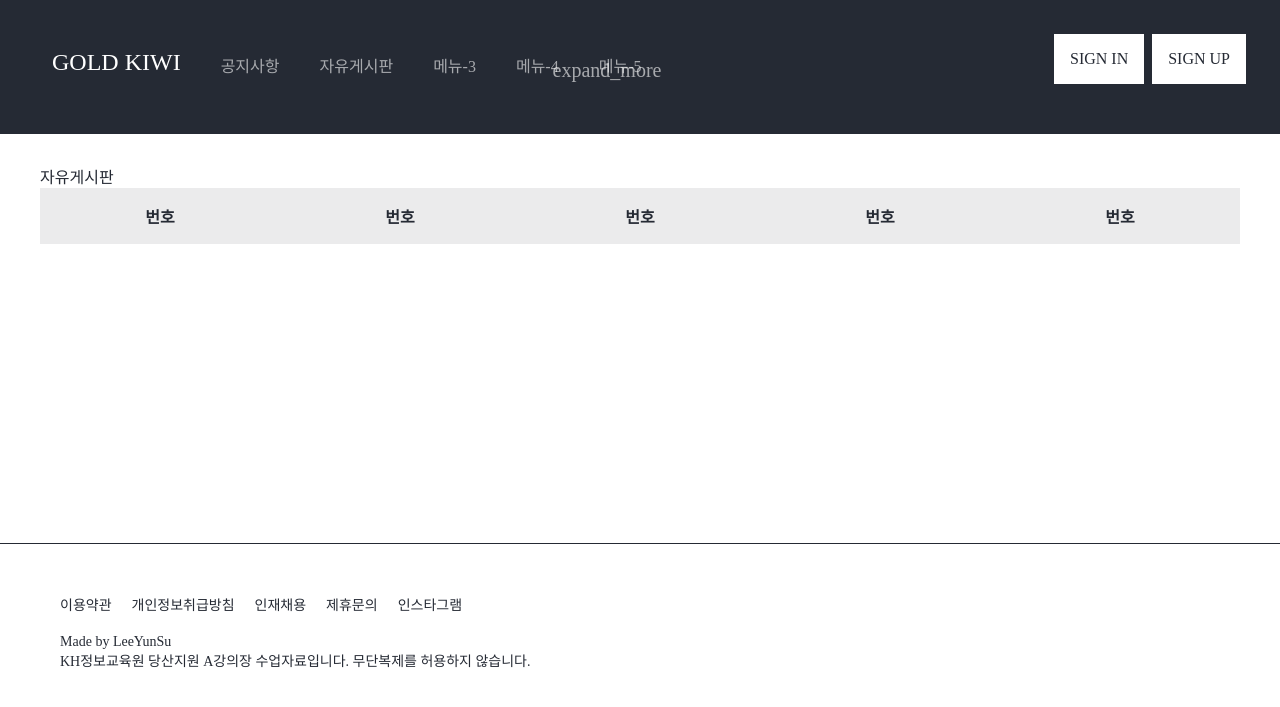
Repository: RiboKim/web-workspace
Page: http://localhost/07_mvc2WebProject/WEB-INF/views/board/boardList.jsp
These files come from the project's save history. The page is drawn as it stood at one moment and after the next save; the edit follows.
The browser window is 1280 px wide. The pictures show the whole page.
Some web fonts or font styles are not loaded; a fallback is used. The page is served by Tomcat 9. Nobody is signed in. Other server files are loaded and not shown. The template is opened directly, without the code that normally fills it, so the values that code supplies are empty.

Above is the page before, as saved 2023-02-20 09:09:38.

### 07_mvc2WebProject/src/main/webapp/WEB-INF/views/board/boardList.jsp
<%@ page language="java" contentType="text/html; charset=UTF-8"
    pageEncoding="UTF-8"%>
<!DOCTYPE html>
<html>
<head>
<meta charset="UTF-8">
<title>Insert title here</title>
</head>
<body>
	<%@include file="/WEB-INF/views/common/header.jsp" %>
	<div class="page-content">
		<div class="content-title">자유게시판</div>
		<%if(m != null && m.getMemberLevel() != 3) {%>
		<a class="btn bc4 writeBtn" href="/boardWriteFrm.do">글쓰기</a>
		<%} %>

		<table class="tbl tbl-hover board-tbl">
			<tr class="tr-2">
				<th style="width10%">번호</th>
				<th style="width45%">번호</th>
				<th style="width15%">번호</th>
				<th style="width20%">번호</th>
				<th style="width10%">번호</th>
			</tr>
		</table>
	</div>
	<%@include file="/WEB-INF/views/common/footer.jsp" %>
</body>
</html>

### 07_mvc2WebProject/src/main/webapp/WEB-INF/views/common/header.jsp
<%@page import="kr.or.iei.member.model.vo.Member"%>
<%@ page language="java" contentType="text/html; charset=UTF-8"
    pageEncoding="UTF-8"%>
    <%
    	Member m = (Member)session.getAttribute("m");
    %>

	<!-- 구글 아이콘 -->
    <link href="https://fonts.googleapis.com/icon?family=Material+Icons" rel="stylesheet">
    <!-- jquery -->
    <script src="/js/jquery-3.6.0.js"></script>
    <!-- 기본 CSS -->
    <link rel="stylesheet" href="/css/default.css" />
    <!-- 기본 js -->
    <script src="/js/default.js"></script>

    <header>
      <div class="site-logo">
        <a href="/">GOLD KIWI</a>
      </div>
      <nav>
        <ul class="navi">
          <li><a href="/noticeList.do?requestPage=1">공지사항</a></li>
          <li><a href="/boardList.do">자유게시판</a></li>
          <li><a href="#">메뉴-3</a></li>
          <li><a href="#">메뉴-4</a></li>
          <li>
			<a href="#">메뉴-5</a>
            <ul class="sub-navi">
              <li><a href="#">sub-1</a></li>
              <li><a href="#">sub-2</a></li>
              <li><a href="#">sub-3</a></li>
            </ul>
           </li>
        </ul>
      </nav>
      <div class="header-link">
      <%if(m == null){ %>
        <button class="btn bc11 modal-open-btn" target="#login-modal">SIGN IN</button>
        <a class="btn bc11" href="/signupFrm.do">SIGN UP</a>
      <%}else{ %>
      <%--<a class="btn bc11" href="/mypage1.do"><%=m.getMemberName() %></a> --%>
      <%--memberId를 mypage2.do로 넘겨주는거 --%>
      <a class="btn bc11" href="/mypage2.do?memberId=<%=m.getMemberId() %>"><%=m.getMemberName() %></a>

      <a class="btn bc11" href="/logout.do">LOGOUT</a>
      <%} %>
      </div>
    </header>
    <%if(m == null) {%>
    <div id="login-modal" class="modal-bg">
      <div class="modal-wrap">
        <div class="modal-head">
          <h2>SIGN IN</h2>
          <span class="material-icons close-icon modal-close">close</span>
        </div>
        <form action="/signin.do" method="post">
        <div class="modal-content">
          <div class="input-box">
          	<label for="signId">아이디</label>
          	<input type="text" name="signId" id="signId" class="input-form" placeholder="아이디입력">
          </div>
          <div class="input-box">
          	<label for="signPw">비밀번호</label>
          	<input type="password" name="signPw" id="signPw" class="input-form" placeholder="비밀번호입력">
          </div>
          <div class="input-box link-box">
          	<a href="#">아이디/비밀번호 찾기</a>
          </div>
        </div>
        <div class="modal-foot">
          <button type="submit" class="btn bc11">로그인</button>
          <button type="button" class="btn bc1 modal-close">취소</button>
        </div>
        </form>
      </div>
    </div>
    <%}%>

### 07_mvc2WebProject/src/main/webapp/WEB-INF/views/common/footer.jsp
<%@ page language="java" contentType="text/html; charset=UTF-8"
    pageEncoding="UTF-8"%>
	<footer>
      <div class="footer-content">
        <ul>
          <li><a href="#">이용약관</a></li>
          <li><a href="#">개인정보취급방침</a></li>
          <li><a href="#">인재채용</a></li>
          <li><a href="#">제휴문의</a></li>
          <li><a href="#">인스타그램</a></li>
        </ul>
        <p>Made by LeeYunSu</p>
        <p>
          KH정보교육원 당산지원 A강의장 수업자료입니다. 무단복제를 허용하지
          않습니다.
        </p>
      </div>
    </footer>

### 07_mvc2WebProject/src/main/webapp/css/default.css
/* 사용할 font 선언 */
@font-face {
  font-family: ns-thin;
  src: url(../font/NotoSansKR-Thin.otf);
}
@font-face {
  font-family: ns-light;
  src: url(../font/NotoSansKR-Light.otf);
}
@font-face {
  font-family: ns-m;
  src: url(../font/NotoSansKR-Medium.otf);
}
@font-face {
  font-family: ns-bold;
  src: url(../font/NotoSansKR-Bold.otf);
}
@font-face {
  font-family: ns-black;
  src: url(../font/NotoSansKR-Black.otf);
}
/*
    사이트 사용 색상
    balck : #252A34
    darkgray : #393E46
    lightgray : #EEEEEE
    dark-mint : #00ADB5
    mint : #08D9D6
    point-red : #FF2E63
    point-pink : #F85F73
    point-violet : #892CDC
*/
/* 전체태그 기본 margin, padding 제거 */
/* 기본 글씨 색 및 폰트 설정 */

* {
  margin: 0;
  padding: 0;
  color: #252a34;
  font-family: ns-m;
}
body {
  display: flex;
  flex-direction: column;
  min-height: 100vh;
}
/* 기본화면 레이아웃 */
a {
  text-decoration: none;
}
header {
  background-color: #252a34;
  padding: 32px;
  display: flex;
  min-width: 1200px;
}
header > *:not(.header-link) {
  float: left;
}
header > .site-logo {
  padding: 0px 20px;
}
header > .site-logo > a {
  color: #fff;
  font-family: ns-bold;
  font-size: 24px;
  line-height: 60px;
}
header > nav {
  flex-grow: 1;
}

header > nav > .navi {
  list-style-type: none;
}
header > nav > .navi > li {
  float: left;
  position: relative;
}
header > nav > .navi > li > a {
  display: block;
  color: rgba(255, 255, 255, 0.6);
  padding: 5px 20px;
  transition-duration: 0.5s;
  line-height: 60px;
}
header > nav > .navi > li:hover > a,
header > nav > .navi > li:hover > a + span {
  color: rgba(255, 255, 255, 1);
}
header > nav > .navi > li:hover > .sub-navi {
  display : block;
}
header > nav .sub-navi {
  position: absolute;
  background-color: #fff;
  list-style-type: none;
  display: none;
  border: 1px solid rgba(0, 0, 0, 0.2);
  left: 10px;
  min-width: 10rem;
}
header > nav .sub-navi > li {
  padding: 0.25rem 1rem;
}
header > nav .sub-navi > li > a {
  display: block;
}
header > nav .sub-navi > li:hover {
  background-color: rgba(0, 0, 0, 0.05);
}
.material-icons.dropdown {
  font-size: 20px;
  color: rgba(255, 255, 255, 0.6);
  position: absolute;
  right: 0px;
  top: 27px;
  transition-duration: 0.5s;
}
.material-icons.dropdown:hover {
  cursor: pointer;
}
.page-content {
  width: 1200px;
  margin: 30px auto;
  margin-bottom: 10px;
  flex-grow: 1;
}
.page-title {
  font-family: ns-bold;
  padding: 20px 0px;
  font-size: 1.5rem;
}
footer {
  padding: 50px;
  border-top: 1px solid #252a34;
}
footer > .footer-content {
  width: 1200px;
  margin: 0 auto;
  padding: 0px 10px;
}
footer > .footer-content * {
  font-size: 14px;
}
footer > .footer-content > ul {
  list-style-type: none;
  overflow: hidden;
  margin-bottom: 20px;
}
footer > .footer-content > ul > li {
  float: left;
}
footer > .footer-content > ul > li > a {
  padding-right: 20px;
}

/* font 클래스*/
.f-thin {
  font-family: ns-thin;
}
.f-light {
  font-family: ns-light;
}
.f-medium {
  font-family: ns-m;
}
.f-bold {
  font-family: ns-bold;
}
.f-black {
  font-family: ns-black;
}

/* 글씨 색 */
.fc-1 {
  color: #252a34;
}
.fc-2 {
  color: #393e46;
}
.fc-3 {
  color: #eeeeee;
}
.fc-4 {
  color: #00adb5;
}
.fc-5 {
  color: #08d9d6;
}
.fc-6 {
  color: #ff2e63;
}
.fc-7 {
  color: #f85f73;
}
.fc-8 {
  color: #892cdc;
}

/* 배경 색*/
.bg-1 {
  background-color: #252a34;
}
.bg-2 {
  background-color: #393e46;
}
.bg-3 {
  background-color: #eeeeee;
}
.bg-4 {
  background-color: #00adb5;
}
.bg-5 {
  background-color: #08d9d6;
}
.bg-6 {
  background-color: #ff2e63;
}
.bg-7 {
  background-color: #f85f73;
}
.bg-8 {
  background-color: #892cdc;
}

/* 테이블 디자인 */
.tbl {
  width: 100%;
  border-spacing: 0px;
  border-collapse: collapse;
}
.tbl th,
.tbl td {
  padding: 1rem;
  text-align: center;
}
.tbl .tr-1 {
  background-color: rgba(255, 255, 255, 1);
}
.tbl .tr-2 {
  background-color: rgba(57, 62, 70, 0.1);
}
.tbl .tr-3 {
  background-color: rgba(0, 173, 181, 0.1);
}
.tbl .tr-4 {
  background-color: rgba(137, 44, 220, 0.1);
}
.tbl .tr-5 {
  background-color: rgba(255, 46, 999, 0.1);
}
.tbl .td-1 {
  background-color: rgba(255, 255, 255, 1);
}
.tbl .td-2 {
  background-color: rgba(57, 62, 70, 0.1);
}
.tbl .td-3 {
  background-color: rgba(0, 173, 181, 0.1);
}
.tbl .td-4 {
  background-color: rgba(137, 44, 220, 0.1);
}
.tbl .td-5 {
  background-color: rgba(255, 46, 999, 0.1);
}
.tbl.tbl-hover .tr-1:hover {
  background-color: rgba(0, 0, 0, 0.05);
}
.tbl.tbl-hover .tr-2:hover {
  background-color: rgba(57, 62, 70, 0.15);
}
.tbl.tbl-hover .tr-3:hover {
  background-color: rgba(0, 173, 181, 0.15);
}
.tbl.tbl-hover .tr-4:hover {
  background-color: rgba(137, 44, 220, 0.15);
}
.tbl.tbl-hover .tr-5:hover {
  background-color: rgba(255, 46, 999, 0.15);
}

/* 버튼 디자인 */
.btn {
  border: none;
  padding: 1rem;
  display: inline-block;
  box-sizing: border-box;
  transition-duration: 0.5s;
  font-size: 16px;
  font-family: ns-light;
}
.bc1 {
  background-color: rgba(37, 42, 52, 0.9);
  color: #fff;
  border: 2px solid rgba(37, 42, 52, 0.9);
}
.bc1:hover {
  background-color: rgba(37, 42, 52, 1);
  cursor: pointer;
}
.bc2 {
  background-color: rgba(57, 62, 70, 0.9);
  color: #fff;
  border: 2px solid rgba(57, 62, 70, 0.9);
}
.bc2:hover {
  background-color: rgba(57, 62, 70, 1);
  cursor: pointer;
}
.bc3 {
  background-color: rgba(238, 238, 238, 0.9);
  color: #252a34;
  border: 2px solid rgba(238, 238, 238, 0.9);
}
.bc3:hover {
  background-color: rgba(238, 238, 238, 1);
  cursor: pointer;
}
.bc4 {
  background-color: rgba(0, 173, 181, 0.9);
  color: #fff;
  border: 2px solid rgba(0, 173, 181, 0.9);
}
.bc4:hover {
  background-color: rgba(0, 173, 181, 1);
  cursor: pointer;
}
.bc5 {
  background-color: rgba(8, 217, 214, 0.9);
  color: #fff;
  border: 2px solid rgba(8, 217, 214, 0.9);
}
.bc5:hover {
  background-color: rgba(8, 217, 214, 1);
  cursor: pointer;
}
.bc6 {
  background-color: rgba(255, 46, 99, 0.9);
  color: #fff;
  border: 2px solid rgba(255, 46, 99, 0.9);
}
.bc6:hover {
  background-color: rgba(255, 46, 99, 1);
  cursor: pointer;
}
.bc7 {
  background-color: rgba(248, 95, 115, 0.9);
  color: #fff;
  border: 2px solid rgba(248, 95, 115, 0.9);
}
.bc7:hover {
  background-color: rgba(248, 95, 115, 1);
  cursor: pointer;
}
.bc8 {
  background-color: rgba(137, 44, 220, 0.9);
  color: #fff;
  border: 2px solid rgba(137, 44, 220, 0.9);
}
.bc8:hover {
  background-color: rgba(137, 44, 220, 1);
  cursor: pointer;
}
.bc11 {
  color: rgba(37, 42, 52, 1);
  background-color: #fff;
  border: 2px solid rgba(37, 42, 52, 1);
}
.bc11:hover {
  background-color: rgba(37, 42, 52, 1);
  cursor: pointer;
  color: #fff;
}
.bc22 {
  color: rgba(57, 62, 70, 1);
  background-color: #fff;
  border: 2px solid rgba(57, 62, 70, 1);
}
.bc22:hover {
  background-color: rgba(57, 62, 70, 1);
  cursor: pointer;
  color: #fff;
}
.bc33 {
  color: rgba(37, 42, 52, 1);
  background-color: #fff;
  border: 2px solid rgba(238, 238, 238, 1);
}
.bc33:hover {
  background-color: rgba(238, 238, 238, 1);
  cursor: pointer;
  color: rgba(37, 42, 52, 1);
}
.bc44 {
  color: rgba(0, 173, 181, 1);
  background-color: #fff;
  border: 2px solid rgba(0, 173, 181, 1);
}
.bc44:hover {
  background-color: rgba(0, 173, 181, 1);
  color: #fff;
  cursor: pointer;
}
.bc55 {
  color: rgba(8, 217, 214, 1);
  background-color: #fff;
  border: 2px solid rgba(8, 217, 214, 1);
}
.bc55:hover {
  background-color: rgba(8, 217, 214, 1);
  color: #fff;
  cursor: pointer;
}
.bc66 {
  color: rgba(255, 46, 99, 1);
  background-color: #fff;
  border: 2px solid rgba(255, 46, 99, 1);
}
.bc66:hover {
  background-color: rgba(255, 46, 99, 1);
  color: #fff;
  cursor: pointer;
}
.bc77 {
  color: rgba(248, 95, 115, 1);
  background-color: #fff;
  border: 2px solid rgba(248, 95, 115, 1);
}
.bc77:hover {
  background-color: rgba(248, 95, 115, 1);
  color: #fff;
  cursor: pointer;
}
.bc88 {
  color: rgba(137, 44, 220, 1);
  background-color: #fff;
  border: 2px solid rgba(137, 44, 220, 1);
}
.bc88:hover {
  background-color: rgba(137, 44, 220, 1);
  color: #fff;
  cursor: pointer;
}
.bs1 {
  padding: 1rem;
}
.bs2 {
  padding: 1.5rem;
  font-size: 1.1em;
}
.bs3 {
  padding: 2rem;
  font-size: 1.2em;
}
.bs4 {
  width: 100%;
  padding: 2rem;
  font-size: 1.2em;
}
/* input 디자인 */
.input-form {
  width: 100%;
  display: block;
  padding: 0.8rem;
  background-color: #fff;
  outline: none;
  border: 1px solid #ccc;

  box-sizing: border-box;
}
.input-form:focus {
  box-shadow: 0 0 0 0.1rem #eee;
}

textarea.input-form {
  resize: none;
  min-height: 300px;
}
.input-form:read-only:not(select),
.input-form:disabled {
  background-color: #f7f7f9;
}
/* 페이징 디자인 */
.pagination {
  list-style-type: none;
  display: flex;
  justify-content: center;
  align-items: center;
}
.pagination > li {
  width: 40px;
  height: 40px;
  text-align: center;
  line-height: 40px;
  overflow: hidden;
}
.pagination.circle-style > li {
  border-radius: 50%;
}
.pagination > li > a.page-item {
  display: block;
  width: 100%;
  height: 100%;
  font-size: 18px;
}
.pagination > li > a.page-item > span.material-icons {
  display: block;
  width: 100%;
  height: 100%;
  line-height: 40px;
}
.pagination .page-item.active-page {
  background-color: #252a34;
  color: #fff;
}
/*게시물 표현*/
.posting-wrap {
  display: flex;
  flex-wrap: wrap;
}
.posting-wrap .posting-item {
  box-sizing: border-box;
  width: calc(100% / 5);
  padding: 20px;
}
.posting-wrap .posting-item .posting-img img {
  width: 100%;
  height: 200px;
}
.posting-wrap .posting-item .posting-content {
  width: 80%;
  margin: 0 auto;
}
.posting-wrap .posting-item:hover {
  box-shadow: 0 2px 10px 0 rgba(0, 0, 0, 0.2);
}
/* 댓글 */
.posting-comment {
  display: flex;
  border-top: 2px solid #ccc;

  list-style-type: none;
}
.posting-comment > li {
  box-sizing: border-box;
}
.posting-comment > li:first-child {
  width: 15%;
  display: flex;
  justify-content: center;
  align-items: center;
  min-height: 100px;
  border-right: 1px solid #ccc;
}
.posting-comment.reply > li:first-child {
  width: 20%;
}
.posting-comment > li:first-child .material-icons {
  font-size: 80px;
  color: #ccc;
}
.posting-comment.reply > li:first-child .material-icons:first-child {
  font-size: 40px;
  color: #ccc;
}
.posting-comment.reply > li:last-child {
  display: flex;
  flex-direction: column;
  width: 80%;
}
.posting-comment > li:last-child {
  display: flex;
  flex-direction: column;
  width: 85%;
}
.posting-comment > li:last-child > p {
  width: 100%;
  padding: 5px;
  box-sizing: border-box;
}
.posting-comment > li:last-child > .comment-info > span {
  padding: 0px 10px;
}
.posting-comment > li:last-child > .comment-info > span:not(:last-child) {
  border-right: 2px solid #ccc;
}
.posting-comment > li:last-child > .comment-content {
  padding: 0px 15px;
}
.posting-comment > li:last-child > .comment-link {
  text-align: right;
}
.posting-comment > li:last-child > .comment-link > a {
  margin: 0px 5px;
}
.posting-comment > li:last-child > .comment-link > a:hover {
  text-decoration: underline;
}

/*모달*/
.modal-bg {
  background-color: rgba(0, 0, 0, 0.3);
  position: fixed;
  width: 100%;
  height: 100vh;
  display: none;
  align-items: center;
  flex-direction: column;
}
.modal-wrap {
  margin-top: 150px;
  width: 600px;
  background: #fff;
  height: auto;
}
.modal-wrap div {
  padding: 1rem;
}
.modal-wrap div:not(:last-child) {
  border-bottom: 1px solid #ccc;
}
.modal-wrap .modal-foot {
  text-align: right;
}
.modal-wrap div.modal-head {
  position: relative;
}
.close-icon {
  position: absolute;
  top: 16px;
  right: 16px;
  font-size: 30px;
}
.close-icon:hover {
  cursor: pointer;
}

### 07_mvc2WebProject/src/main/webapp/js/default.js
$(function () {
  $(document).on("click", ".modal-open-btn", function () {
    $($(this).attr("target")).css("display", "flex");
  });
  $(document).on("click", ".modal-close", function () {
    $(this).parents(".modal-wrap").parent().css("display", "none");
  });
  $(".sub-navi").prev().after("<span class='material-icons dropdown'>expand_more</span>");
});
function alertFunc(icon){
	swal({
        title: '제목',
        text: '내용내용내용',
        icon: icon
      });
      //이후 페이지 이동 시 추가
      /*
      .then(function(){
    	 window.location = "${loc}";
      });
      */
}

Loaded but not shown: 07_mvc2WebProject/src/main/webapp/js/jquery-3.6.0.js (library)

After the next save:
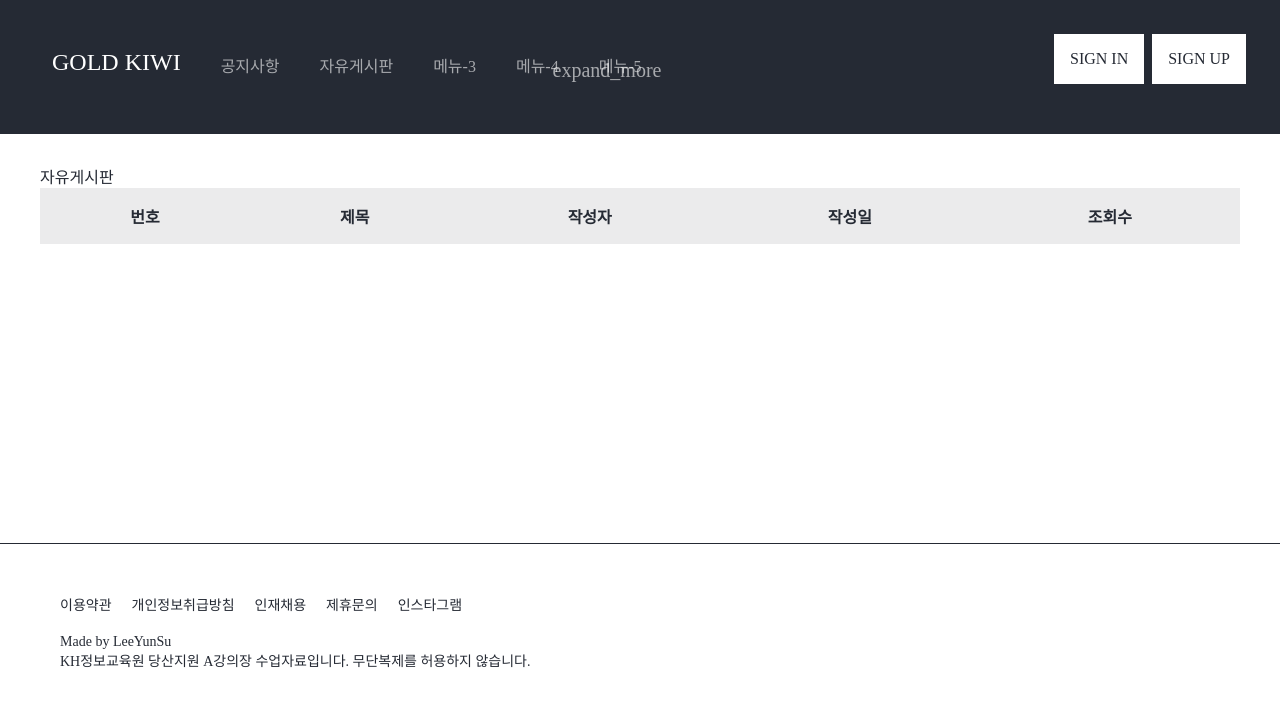
Saved 20 s later.
--- a/07_mvc2WebProject/src/main/webapp/WEB-INF/views/board/boardList.jsp
+++ b/07_mvc2WebProject/src/main/webapp/WEB-INF/views/board/boardList.jsp
@@ -17,10 +17,10 @@
 		<table class="tbl tbl-hover board-tbl">
 			<tr class="tr-2">
 				<th style="width10%">번호</th>
-				<th style="width45%">번호</th>
-				<th style="width15%">번호</th>
-				<th style="width20%">번호</th>
-				<th style="width10%">번호</th>
+				<th style="width45%">제목</th>
+				<th style="width15%">작성자</th>
+				<th style="width20%">작성일</th>
+				<th style="width10%">조회수</th>
 			</tr>
 		</table>
 	</div>
